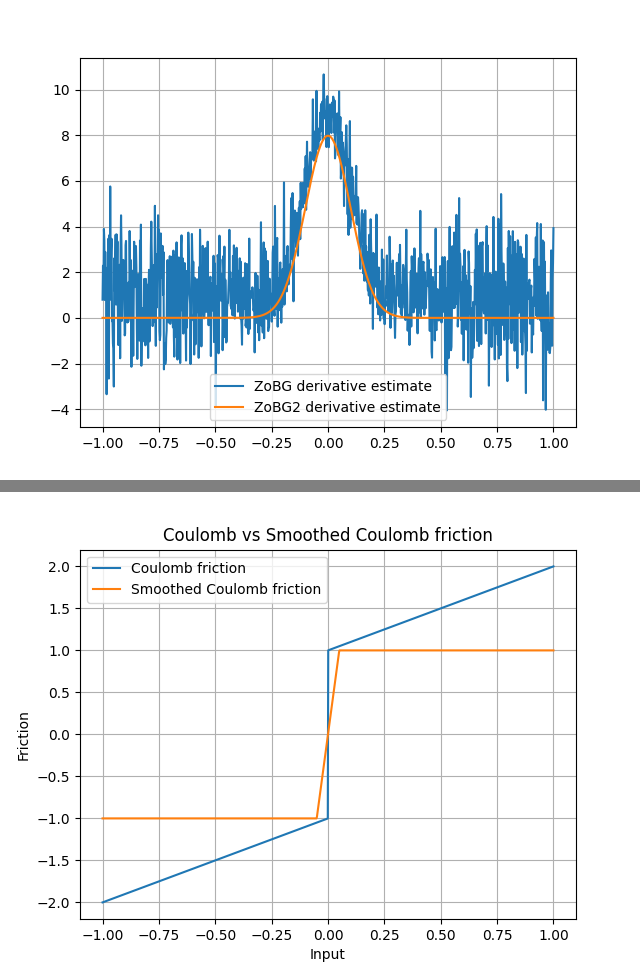
Repository: oomcth/Gradient-smoothing
Script's output: python test.py
The author's editor kept a copy of each file at every save. The script's output is drawn from the files as they stood at one save, then again after the next save.
Each picture stacks the figures in order, with grey between them; figures that are only written to a file come last. Random numbers start from a fixed seed.

Above is the script's output before, as saved 2025-11-21 18:28:14.

### test.py
import numpy as np
import matplotlib.pyplot as plt

rng = np.random.default_rng()
sigma = 0.1
t = 0.1


def coulomb_friction(x):
    return x + (-1 if x < 0 else 1)


def smoothed_coulomb_friction(x, t):
    assert t > 0
    return -1 if x < -t / 2 else 1 if x > t / 2 else 2 * x / t


def visualize_coulomb(t):
    x = np.linspace(-1, 1, 1000)
    y1 = np.array([coulomb_friction(l) for l in x])
    y2 = np.array([smoothed_coulomb_friction(l, t) for l in x])

    plt.plot(x, y1, label="Coulomb friction")
    plt.plot(x, y2, label="Smoothed Coulomb friction")

    plt.legend()
    plt.xlabel("Input")
    plt.ylabel("Friction")
    plt.title("Coulomb vs Smoothed Coulomb friction")
    plt.grid(True)
    plt.show()


def gaussian_pdf(x, mu=0.0, sigma=1.0):
    return 1.0 / (np.sqrt(2 * np.pi) * sigma) * np.exp(-0.5 * ((x - mu) / sigma) ** 2)


def zo_gradient(f, x, M=100):
    x = np.array([x], dtype=np.float64)
    omegas = np.random.normal(loc=0, scale=sigma, size=M)
    xs = x + omegas
    fx = np.array([f(xi) for xi in xs])
    glp = -omegas / (sigma**2)
    return -(fx * glp).sum(axis=0) / M


def fo_gradient(f, x, M=100):
    return 2 * gaussian_pdf(-x, mu=0, sigma=sigma)


def visualize_coulomb_derivatives():
    x = np.linspace(-1, 1, 1000)

    y1 = np.array(
        [
            zo_gradient(
                coulomb_friction,
                l,
            )
            for l in x
        ]
    )
    y2 = np.array(
        [
            fo_gradient(
                coulomb_friction,
                l,
            )
            for l in x
        ]
    )

    plt.plot(x, y1, label="ZoBG derivative estimate")
    plt.plot(x, y2, label="ZoBG2 derivative estimate")
    plt.legend()
    plt.grid(True)
    plt.show()


visualize_coulomb_derivatives()
visualize_coulomb(t)

After the next save:
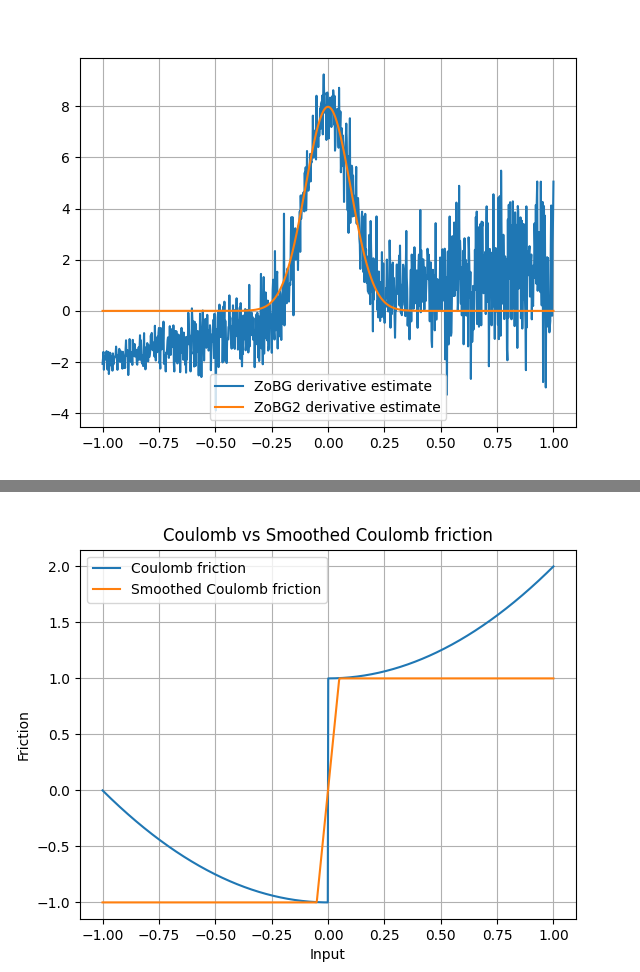
Saved 45 s later.
--- a/test.py
+++ b/test.py
@@ -7,7 +7,7 @@ t = 0.1
 
 
 def coulomb_friction(x):
-    return x + (-1 if x < 0 else 1)
+    return x**2 + (-1 if x < 0 else 1)
 
 
 def smoothed_coulomb_friction(x, t):
